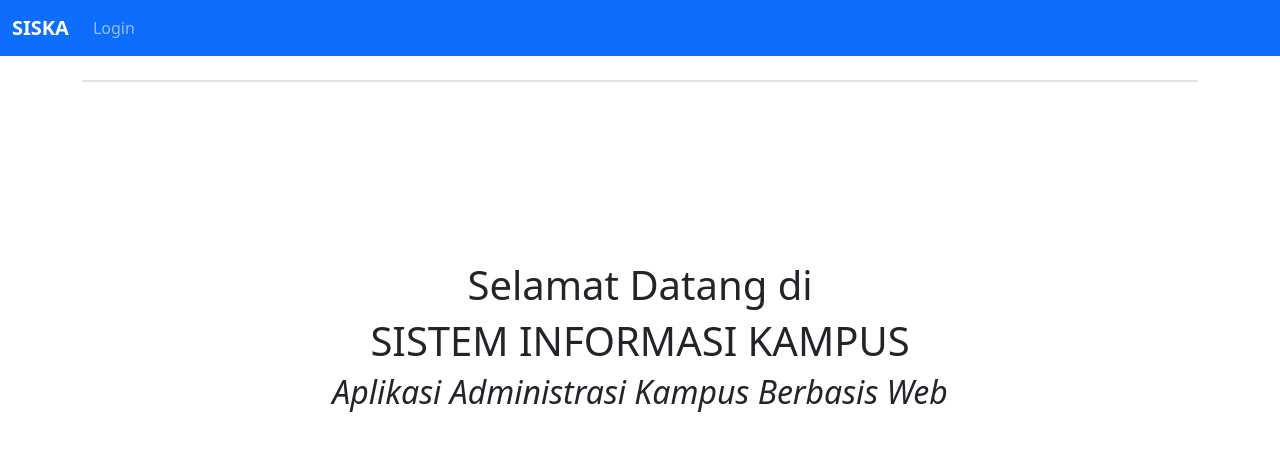
Repository: WiraAtma/administrasi-kampus
Page: http://localhost/
The author's editor kept a copy of each file at every save. The page is drawn from the files as they stood at one save, then again after the next save.
The browser window is 1280 px wide. The pictures show the whole page.
The page is served by the project's Laravel application, run on PHP 8.4 with Laravel 12.

Above is the page before, as saved 2024-10-25 15:28:21.

After the next save:
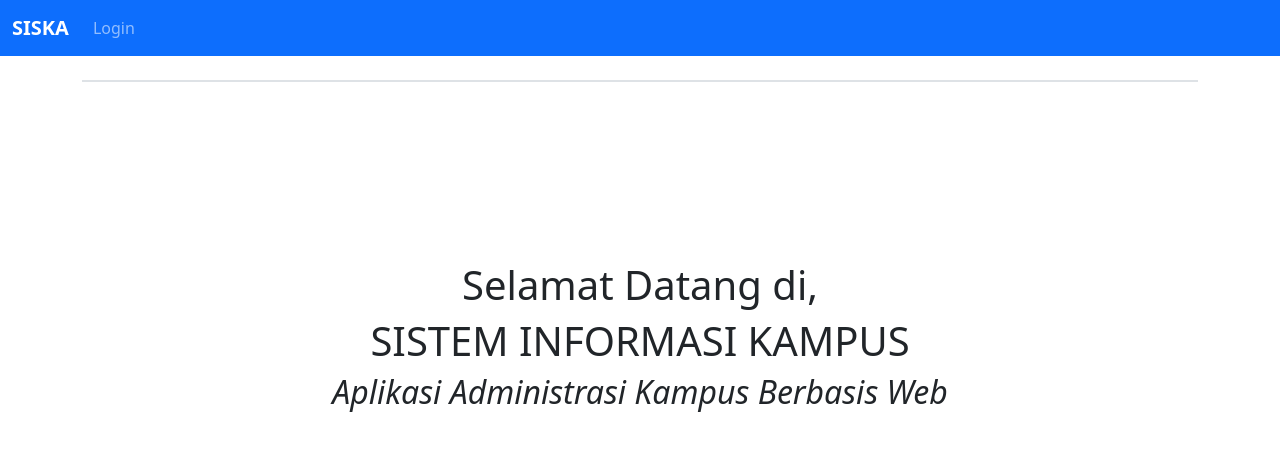
Saved 6 s later.
--- a/resources/views/home.blade.php
+++ b/resources/views/home.blade.php
@@ -5,7 +5,7 @@
 @section('content')
 <div class="container d-flex border">
     <div class="wrapper position-absolute top-50 start-50 translate-middle text-center">
-        <h1>Selamat Datang di </h1>
+        <h1>Selamat Datang di, </h1>
         <h1>SISTEM INFORMASI KAMPUS</h1>
         <h2><i>Aplikasi Administrasi Kampus Berbasis Web</i></h2>
         <div class="mt-5">
